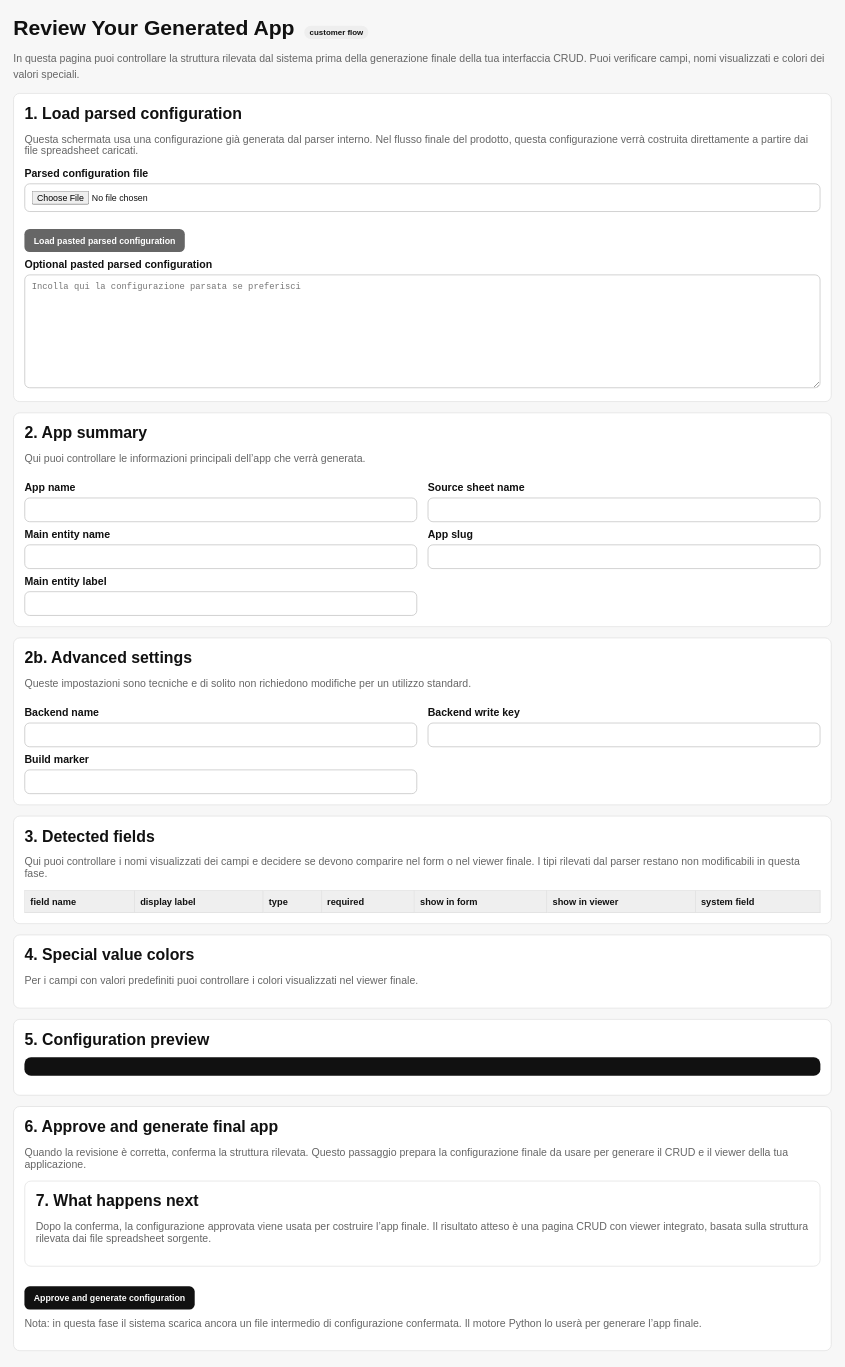
Repository: progettazionemauro/sheets.builder
Page: docs/review.html
The author's editor kept a copy of each file at every save. The page is drawn from the files as they stood at one save, then again after the next save.
The browser window is 1280 px wide. The pictures show the whole page, at 66% of full size.

Above is the page before, as saved 2026-04-19 18:49:22.

### docs/review.html
<!doctype html>
<html lang="it">
<head>
  <meta charset="utf-8" />
  <meta name="viewport" content="width=device-width, initial-scale=1" />
  <title>Review Generated App</title>
  <style>
    body {
      font-family: Arial, sans-serif;
      max-width: 1240px;
      margin: 24px auto;
      padding: 0 16px;
      background: #f7f7f7;
      color: #111;
    }

    h1, h2, h3 {
      margin-bottom: 8px;
    }

    .card h2 {
      margin-top: 0;
    }

    .muted {
      color: #666;
    }

    .card {
      background: #fff;
      border: 1px solid #ddd;
      border-radius: 10px;
      padding: 16px;
      margin: 16px 0;
    }

    label {
      display: block;
      margin: 10px 0 6px;
      font-weight: bold;
    }

    input, textarea, select {
      width: 100%;
      box-sizing: border-box;
      padding: 10px;
      border: 1px solid #bbb;
      border-radius: 8px;
      background: #fff;
    }

    button {
      margin-top: 14px;
      padding: 10px 14px;
      border: 0;
      border-radius: 8px;
      background: #111;
      color: #fff;
      font-weight: bold;
      cursor: pointer;
    }

    button.secondary {
      background: #666;
    }

    button:disabled {
      opacity: .6;
      cursor: not-allowed;
    }

    .grid {
      display: grid;
      grid-template-columns: 1fr 1fr;
      gap: 16px;
    }

    .actions {
      display: flex;
      gap: 10px;
      flex-wrap: wrap;
      margin-top: 12px;
      align-items: center;
    }

    pre {
      background: #111;
      color: #d8ffd8;
      padding: 14px;
      border-radius: 10px;
      overflow: auto;
      white-space: pre-wrap;
    }

    table {
      width: 100%;
      border-collapse: collapse;
      margin-top: 10px;
      background: #fff;
    }

    th, td {
      border: 1px solid #ddd;
      padding: 8px;
      font-size: 14px;
      text-align: left;
      vertical-align: top;
    }

    th {
      background: #efefef;
    }

    .readonly-cell {
      background: #f3f3f3;
      color: #666;
    }

    .ok {
      color: #0a6;
      font-weight: bold;
    }

    .err {
      color: #b00;
      font-weight: bold;
    }

    .badge {
      display: inline-block;
      padding: 3px 8px;
      border-radius: 999px;
      background: #eee;
      font-size: 12px;
      margin-left: 6px;
    }

    .hero-note {
      line-height: 1.5;
    }
  </style>
</head>
<body>

  <h1>Review Your Generated App <span class="badge">customer flow</span></h1>
  <p class="muted hero-note">
    In questa pagina puoi controllare la struttura rilevata dal sistema prima della generazione finale
    della tua interfaccia CRUD. Puoi verificare campi, nomi visualizzati e colori dei valori speciali.
  </p>

  <div class="card">
    <h2>1. Load parsed configuration</h2>
    <p class="muted">
      Questa schermata usa una configurazione già generata dal parser interno.
      Nel flusso finale del prodotto, questa configurazione verrà costruita direttamente a partire dai file spreadsheet caricati.
    </p>

    <label for="fileInput">Parsed configuration file</label>
    <input id="fileInput" type="file" accept=".json,application/json" />

    <div class="actions">
      <button id="loadSampleBtn" type="button" class="secondary">Load pasted parsed configuration</button>
      <span id="loadStatus" class="muted"></span>
    </div>

    <label for="rawJsonInput">Optional pasted parsed configuration</label>
    <textarea id="rawJsonInput" rows="10" placeholder="Incolla qui la configurazione parsata se preferisci"></textarea>
  </div>

  <div class="card">
    <h2>2. App summary</h2>
    <p class="muted">
      Qui puoi controllare le informazioni principali dell’app che verrà generata.
    </p>

    <div class="grid">
      <div>
        <label for="projectName">App name</label>
        <input id="projectName" />

        <label for="entityName">Main entity name</label>
        <input id="entityName" />

        <label for="entityLabelLower">Main entity label</label>
        <input id="entityLabelLower" />
      </div>

      <div>
        <label for="sheetName">Source sheet name</label>
        <input id="sheetName" />

        <label for="projectSlug">App slug</label>
        <input id="projectSlug" />
      </div>
    </div>
  </div>

  <div class="card">
    <h2>2b. Advanced settings</h2>
    <p class="muted">
      Queste impostazioni sono tecniche e di solito non richiedono modifiche per un utilizzo standard.
    </p>

    <div class="grid">
      <div>
        <label for="backendName">Backend name</label>
        <input id="backendName" />

        <label for="buildMarker">Build marker</label>
        <input id="buildMarker" />
      </div>

      <div>
        <label for="adminPassword">Backend write key</label>
        <input id="adminPassword" />
      </div>
    </div>
  </div>

  <div class="card">
    <h2>3. Detected fields</h2>
    <p class="muted">
      Qui puoi controllare i nomi visualizzati dei campi e decidere se devono comparire nel form o nel viewer finale.
      I tipi rilevati dal parser restano non modificabili in questa fase.
    </p>

    <table id="fieldsTable">
      <thead>
        <tr>
          <th>field name</th>
          <th>display label</th>
          <th>type</th>
          <th>required</th>
          <th>show in form</th>
          <th>show in viewer</th>
          <th>system field</th>
        </tr>
      </thead>
      <tbody></tbody>
    </table>
  </div>

  <div class="card">
    <h2>4. Special value colors</h2>
    <p class="muted">
      Per i campi con valori predefiniti puoi controllare i colori visualizzati nel viewer finale.
    </p>

    <div id="enumStylesWrap"></div>
  </div>

  <div class="card">
    <h2>5. Configuration preview</h2>
    <pre id="stateOut"></pre>
  </div>

 <div class="card">
  <h2>6. Approve and generate final app</h2>
  <p class="muted">
    Quando la revisione è corretta, conferma la struttura rilevata. Questo passaggio prepara la configurazione finale
    da usare per generare il CRUD e il viewer della tua applicazione.
  </p>

  <div class="card">
  <h2>7. What happens next</h2>
  <p class="muted">
    Dopo la conferma, la configurazione approvata viene usata per costruire l’app finale.
    Il risultato atteso è una pagina CRUD con viewer integrato, basata sulla struttura rilevata dai file spreadsheet sorgente.
  </p>
</div>

  <div class="actions">
    <button id="downloadBtn" type="button">Approve and generate configuration</button>
    <span id="downloadStatus" class="muted"></span>
  </div>

  <p class="muted" style="margin-top:12px;">
    Nota: in questa fase il sistema scarica ancora un file intermedio di configurazione confermata.
    Il motore Python lo userà per generare l’app finale.
  </p>
</div>

<script>
  let builderState = null;

  function setStatus(id, msg, cls = "muted") {
    const el = document.getElementById(id);
    el.textContent = msg;
    el.className = cls;
  }

  function normalizeBool(value) {
    return value === true;
  }

  function escapeHtml(value) {
    return String(value ?? "")
      .replace(/&/g, "&amp;")
      .replace(/</g, "&lt;")
      .replace(/>/g, "&gt;")
      .replace(/"/g, "&quot;");
  }

  function ensureBuilderStateShape(state) {
    if (!state || typeof state !== "object") {
      throw new Error("Parsed configuration non valida: root non oggetto");
    }

    if (!state.project || typeof state.project !== "object") {
      state.project = {};
    }

    if (!Array.isArray(state.fields)) {
      state.fields = [];
    }

    if (!state.constraints || typeof state.constraints !== "object") {
      state.constraints = {};
    }

    if (!state.enums || typeof state.enums !== "object") {
      state.enums = {};
    }

    if (!state.enumStyles || typeof state.enumStyles !== "object") {
      state.enumStyles = {};
    }

    if (!state.lists || typeof state.lists !== "object") {
      state.lists = {};
    }

    if (!state.options || typeof state.options !== "object") {
      state.options = {};
    }

    state.fields = state.fields.map(field => {
      const f = { ...field };
      f.name = String(f.name || "").trim();
      f.label = String(f.label || f.name || "").trim();
      f.type = String(f.type || "string").trim();
      f.required = normalizeBool(f.required);
      f.computed = normalizeBool(f.computed);
      f.visibleInForm = normalizeBool(f.visibleInForm);
      f.visibleInViewer = normalizeBool(f.visibleInViewer);
      f.locked = normalizeBool(f.locked);
      if (!Array.isArray(f.enumValues)) f.enumValues = [];
      return f;
    });

    recomputeListsFromFields(state);
    return state;
  }

  function recomputeListsFromFields(state) {
    const headers = [];
    const requiredOnInsert = [];
    const optionalOnInsert = [];
    const computed = [];
    const visibleInForm = [];
    const visibleInViewer = [];
    const enums = {};
    const enumStyles = state.enumStyles || {};

    for (const field of state.fields) {
      headers.push(field.name);

      if (field.computed) {
        computed.push(field.name);
      } else if (field.required) {
        requiredOnInsert.push(field.name);
      } else {
        optionalOnInsert.push(field.name);
      }

      if (field.visibleInForm) {
        visibleInForm.push(field.name);
      }

      if (field.visibleInViewer) {
        visibleInViewer.push(field.name);
      }

      if (field.type === "enum" && Array.isArray(field.enumValues) && field.enumValues.length) {
        enums[field.name] = field.enumValues.slice();
      }

      if (field.type === "enum") {
        if (!enumStyles[field.name]) {
          enumStyles[field.name] = {};
        }
        field.enumStyles = enumStyles[field.name];
      }
    }

    state.enums = enums;
    state.enumStyles = enumStyles;
    state.lists = {
      headers,
      requiredOnInsert,
      optionalOnInsert,
      computed,
      visibleInForm,
      visibleInViewer
    };
  }

  function renderProject() {
    const p = builderState.project || {};
    document.getElementById("projectName").value = p.projectName || "";
    document.getElementById("projectSlug").value = p.projectSlug || "";
    document.getElementById("backendName").value = p.backendName || "";
    document.getElementById("entityName").value = p.entityName || "";
    document.getElementById("entityLabelLower").value = p.entityLabelLower || "";
    document.getElementById("sheetName").value = p.sheetName || "";
    document.getElementById("buildMarker").value = p.buildMarker || "";
    document.getElementById("adminPassword").value = p.adminPassword || "";
  }

  function renderFieldsTable() {
    const tbody = document.querySelector("#fieldsTable tbody");
    tbody.innerHTML = "";

    builderState.fields.forEach((field, idx) => {
      const tr = document.createElement("tr");

      tr.innerHTML = `
        <td class="readonly-cell">
          <input data-key="name" data-index="${idx}" value="${escapeHtml(field.name)}" readonly />
        </td>
        <td>
          <input data-key="label" data-index="${idx}" value="${escapeHtml(field.label || "")}" />
        </td>
        <td class="readonly-cell">
          <input data-key="type" data-index="${idx}" value="${escapeHtml(field.type)}" readonly />
        </td>
        <td>
          <select data-key="required" data-index="${idx}" ${field.computed ? "disabled" : ""}>
            <option value="false" ${field.required ? "" : "selected"}>NO</option>
            <option value="true" ${field.required ? "selected" : ""}>YES</option>
          </select>
        </td>
        <td>
          <select data-key="visibleInForm" data-index="${idx}" ${field.computed ? "disabled" : ""}>
            <option value="false" ${field.visibleInForm ? "" : "selected"}>NO</option>
            <option value="true" ${field.visibleInForm ? "selected" : ""}>YES</option>
          </select>
        </td>
        <td>
          <select data-key="visibleInViewer" data-index="${idx}">
            <option value="false" ${field.visibleInViewer ? "" : "selected"}>NO</option>
            <option value="true" ${field.visibleInViewer ? "selected" : ""}>YES</option>
          </select>
        </td>
        <td class="readonly-cell">${field.locked ? "YES" : "NO"}</td>
      `;

      tbody.appendChild(tr);
    });

    bindFieldEvents();
  }

  function ensureEnumStylesShape() {
    if (!builderState.enumStyles || typeof builderState.enumStyles !== "object") {
      builderState.enumStyles = {};
    }

    builderState.fields.forEach(field => {
      if (field.type !== "enum") return;

      if (!builderState.enumStyles[field.name] || typeof builderState.enumStyles[field.name] !== "object") {
        builderState.enumStyles[field.name] = {};
      }

      (field.enumValues || []).forEach(value => {
        if (!builderState.enumStyles[field.name][value]) {
          builderState.enumStyles[field.name][value] = { bg: "", fg: "" };
        } else {
          const styleObj = builderState.enumStyles[field.name][value];
          builderState.enumStyles[field.name][value] = {
            bg: String(styleObj.bg || ""),
            fg: String(styleObj.fg || "")
          };
        }
      });
    });
  }

  function renderEnumStylesEditor() {
    const wrap = document.getElementById("enumStylesWrap");
    if (!wrap) return;

    wrap.innerHTML = "";
    ensureEnumStylesShape();

    const enumFields = builderState.fields.filter(field => field.type === "enum");

    if (!enumFields.length) {
      wrap.innerHTML = `<div class="muted">Nessun campo con valori speciali rilevato.</div>`;
      return;
    }

    enumFields.forEach(field => {
      const box = document.createElement("div");
      box.className = "card";
      box.style.margin = "12px 0";
      box.style.padding = "12px";

      let html = `<h3 style="margin:0 0 10px;">${escapeHtml(field.label || field.name)} <span class="muted">(${escapeHtml(field.name)})</span></h3>`;
      html += `<table><thead><tr><th>value</th><th>background</th><th>foreground</th><th>preview</th></tr></thead><tbody>`;

      (field.enumValues || []).forEach(value => {
        const styleObj = builderState.enumStyles[field.name][value] || { bg: "", fg: "" };
        const bg = styleObj.bg || "#ffffff";
        const fg = styleObj.fg || "#000000";

        const previewStyle = [
          bg ? `background:${bg}` : "",
          fg ? `color:${fg}` : "",
          "font-weight:700",
          "text-align:center"
        ].filter(Boolean).join("; ");

        html += `
          <tr>
            <td class="readonly-cell">${escapeHtml(value)}</td>

            <td>
              <div style="display:flex; gap:8px; align-items:center;">
                <input
                  data-enum-field="${escapeHtml(field.name)}"
                  data-enum-value="${escapeHtml(value)}"
                  data-enum-prop="bg"
                  data-enum-role="text"
                  value="${escapeHtml(bg)}"
                  placeholder="#ffffff"
                  style="width:140px;"
                />
                <input
                  type="color"
                  data-enum-field="${escapeHtml(field.name)}"
                  data-enum-value="${escapeHtml(value)}"
                  data-enum-prop="bg"
                  data-enum-role="picker"
                  value="${escapeHtml(bg)}"
                  style="width:56px; padding:4px;"
                />
              </div>
            </td>

            <td>
              <div style="display:flex; gap:8px; align-items:center;">
                <input
                  data-enum-field="${escapeHtml(field.name)}"
                  data-enum-value="${escapeHtml(value)}"
                  data-enum-prop="fg"
                  data-enum-role="text"
                  value="${escapeHtml(fg)}"
                  placeholder="#000000"
                  style="width:140px;"
                />
                <input
                  type="color"
                  data-enum-field="${escapeHtml(field.name)}"
                  data-enum-value="${escapeHtml(value)}"
                  data-enum-prop="fg"
                  data-enum-role="picker"
                  value="${escapeHtml(fg)}"
                  style="width:56px; padding:4px;"
                />
              </div>
            </td>

            <td>
              <div style="padding:8px; border-radius:8px; border:1px solid #ddd; ${previewStyle}">
                ${escapeHtml(value)}
              </div>
            </td>
          </tr>
        `;
      });

      html += `</tbody></table>`;
      box.innerHTML = html;
      wrap.appendChild(box);
    });

    bindEnumStyleEvents();
  }

  function renderEnumStyles() {
    renderEnumStylesEditor();
  }

  function bindFieldEvents() {
    document.querySelectorAll("[data-key]").forEach(el => {
      const key = el.dataset.key;
      const idx = Number(el.dataset.index);
      const field = builderState.fields[idx];

      if (key === "type" || key === "name") {
        return;
      }

      if (el.tagName === "INPUT") {
        el.addEventListener("input", () => {
          field[key] = el.value;
          recomputeListsFromFields(builderState);
          renderPreviewOnly();
        });
        return;
      }

      if (el.tagName === "SELECT") {
        el.addEventListener("change", () => {
          field[key] = el.value === "true";

          if (key === "required" && field.computed) {
            field.required = false;
          }

          if (key === "visibleInForm" && field.computed) {
            field.visibleInForm = false;
          }

          recomputeListsFromFields(builderState);
          renderPreviewOnly();
        });
      }
    });
  }

  function syncEnumStyleInputs(fieldName, valueName, prop, value) {
    document.querySelectorAll(
      `[data-enum-field="${fieldName}"][data-enum-value="${valueName}"][data-enum-prop="${prop}"]`
    ).forEach(el => {
      if (el.value !== value) {
        el.value = value;
      }
    });
  }

  function bindEnumStyleEvents() {
    document.querySelectorAll("[data-enum-field]").forEach(el => {
      el.addEventListener("input", () => {
        const fieldName = el.dataset.enumField;
        const valueName = el.dataset.enumValue;
        const prop = el.dataset.enumProp;
        const role = el.dataset.enumRole;

        if (!builderState.enumStyles[fieldName]) {
          builderState.enumStyles[fieldName] = {};
        }

        if (!builderState.enumStyles[fieldName][valueName]) {
          builderState.enumStyles[fieldName][valueName] = { bg: "", fg: "" };
        }

        let val = el.value.trim();

        if (role === "picker") {
          val = val.toLowerCase();
        }

        builderState.enumStyles[fieldName][valueName][prop] = val;

        syncEnumStyleInputs(fieldName, valueName, prop, val);
        renderPreviewOnly();
        renderEnumStylesEditor();
      });
    });
  }

  function bindProjectEvents() {
    const mapping = [
      "projectName",
      "projectSlug",
      "backendName",
      "entityName",
      "entityLabelLower",
      "sheetName",
      "buildMarker",
      "adminPassword"
    ];

    mapping.forEach(key => {
      const el = document.getElementById(key);
      el.addEventListener("input", () => {
        if (!builderState) return;
        builderState.project[key] = el.value;
        renderPreviewOnly();
      });
    });
  }

  function renderPreviewOnly() {
    document.getElementById("stateOut").textContent =
      JSON.stringify(builderState, null, 2);
  }

  function renderAll() {
    renderProject();
    renderFieldsTable();
    renderEnumStyles();
    renderPreviewOnly();
  }

  async function loadFromFile(file) {
    const text = await file.text();
    const parsed = JSON.parse(text);
    builderState = ensureBuilderStateShape(parsed);
    renderAll();
    setStatus("loadStatus", "Configuration loaded successfully", "ok");
  }

  document.getElementById("fileInput").addEventListener("change", async (e) => {
    const file = e.target.files && e.target.files[0];
    if (!file) return;

    try {
      await loadFromFile(file);
    } catch (err) {
      setStatus("loadStatus", "Errore: " + err.message, "err");
      console.error(err);
    }
  });

  document.getElementById("loadSampleBtn").addEventListener("click", () => {
    try {
      const raw = document.getElementById("rawJsonInput").value.trim();
      if (!raw) throw new Error("Area parsed configuration vuota");

      const parsed = JSON.parse(raw);
      builderState = ensureBuilderStateShape(parsed);
      renderAll();
      setStatus("loadStatus", "Configuration loaded from pasted content", "ok");
    } catch (err) {
      setStatus("loadStatus", "Errore: " + err.message, "err");
      console.error(err);
    }
  });

  document.getElementById("downloadBtn").addEventListener("click", () => {
    try {
      if (!builderState) throw new Error("No parsed configuration loaded");

      const blob = new Blob(
        [JSON.stringify(builderState, null, 2)],
        { type: "application/json" }
      );

      const a = document.createElement("a");
      a.href = URL.createObjectURL(blob);
      a.download = "approved_configuration.json";
      document.body.appendChild(a);
      a.click();
      document.body.removeChild(a);
      URL.revokeObjectURL(a.href);

      setStatus("downloadStatus", "Approved configuration generated successfully", "ok");
    } catch (err) {
      setStatus("downloadStatus", "Errore: " + err.message, "err");
      console.error(err);
    }
  });

  bindProjectEvents();
</script>

</body>
</html>

After the next save:
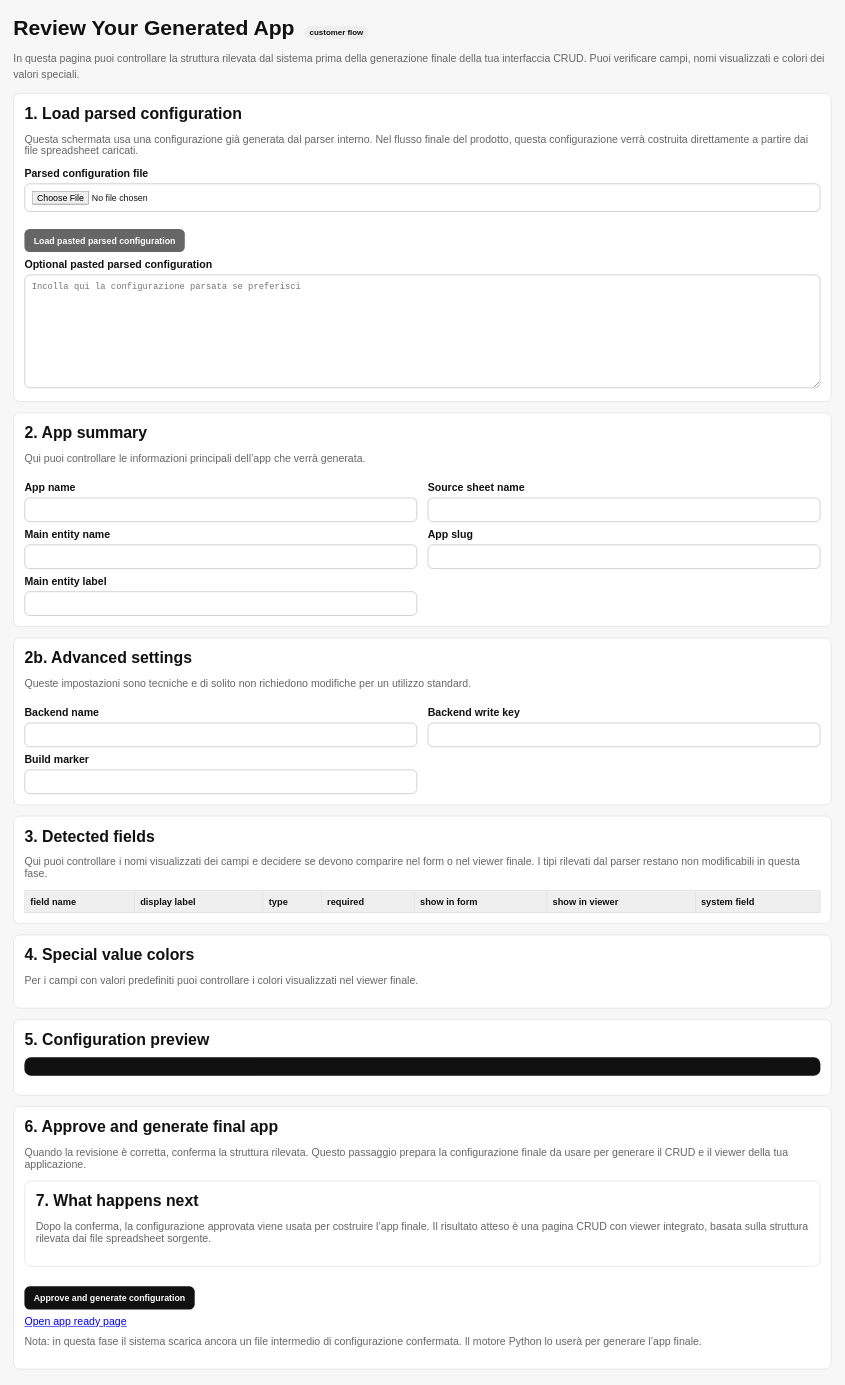
Saved 11 min 48 s later.
--- a/docs/review.html
+++ b/docs/review.html
@@ -273,7 +273,9 @@
     <button id="downloadBtn" type="button">Approve and generate configuration</button>
     <span id="downloadStatus" class="muted"></span>
   </div>
-
+<div class="actions" style="margin-top:10px;">
+  <a class="button secondary" href="app_ready.html" target="_blank" rel="noopener">Open app ready page</a>
+</div>
   <p class="muted" style="margin-top:12px;">
     Nota: in questa fase il sistema scarica ancora un file intermedio di configurazione confermata.
     Il motore Python lo userà per generare l’app finale.
